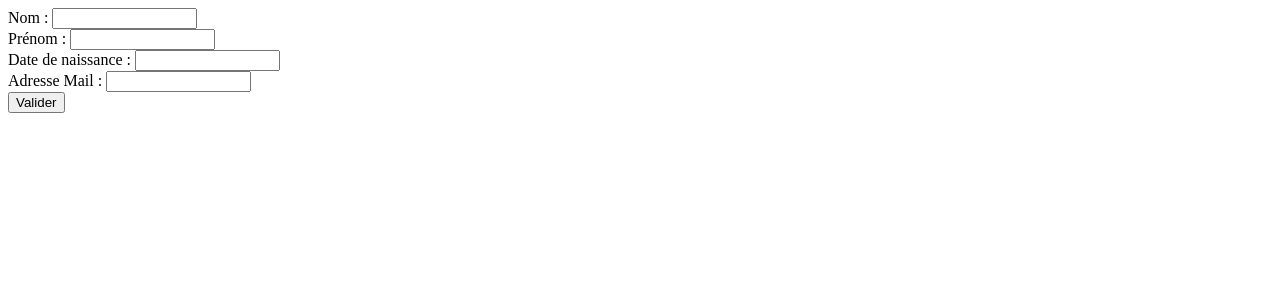
Repository: mikafouenski/JEE
Page: http://localhost/Myapp/edition.jsp
The author's editor kept a copy of each file at every save. The page is drawn from the files as they stood at one save, then again after the next save.
The browser window is 1280 px wide. The pictures show the whole page.
The page is served by Tomcat 9. Other server files are loaded and not shown.

Above is the page before, as saved 2017-10-11 13:15:27.

### Myapp/WebContent/edition.jsp
<%@ page language="java" contentType="text/html; charset=UTF-8"
    pageEncoding="UTF-8"%>
<html>
<head>
<meta http-equiv="Content-Type" content="text/html; charset=UTF-8">
<title>Insert title here</title>
</head>
<body>

<jsp:useBean id="personne" scope="session" class="Person.Person" >
</jsp:useBean>

<form action="Edition" method="POST">

  <label>Nom : </label>
    <input type="text" name="nom" size="15"/><br/>

  <label>Prénom : </label>
    <input type="text" name="prenom" size="15"/><br/>

   <label>Date de naissance : </label>
    <input type="text" name="date" size="15"/><br/>

  <label>Adresse Mail  : </label>
    <input type="text" name="mail" size="15"/><br/>


  <input type="submit" name="boutonOK" value="Valider"/>

</form>
</body>
</html>

### Myapp/src/Person/Person.java
package Person;
import java.util.Date;
public class Person {

	private int id = 1;
	private String nom = "defaultName";
	private String prenom = "defaultPrenom";
	private Date dateNaissance = new Date();
	private String adressMail = "DefaultAdresseMail";

	public Person(){}

	public int getId() {
		return id;
	}
	public void setId(int id) {
		this.id = id;
	}
	public String getNom() {
		return nom;
	}
	public void setNom(String nom) {
		this.nom = nom;
	}
	public String getPrenom() {
		return prenom;
	}
	public void setPrenom(String prenom) {
		this.prenom = prenom;
	}
	public Date getDateNaissance() {
		return dateNaissance;
	}
	public void setDateNaissance(Date dateNaissance) {
		this.dateNaissance = dateNaissance;
	}
	public String getAdressMail() {
		return adressMail;
	}
	public void setAdressMail(String adressMail) {
		this.adressMail = adressMail;
	}


}

After the next save:
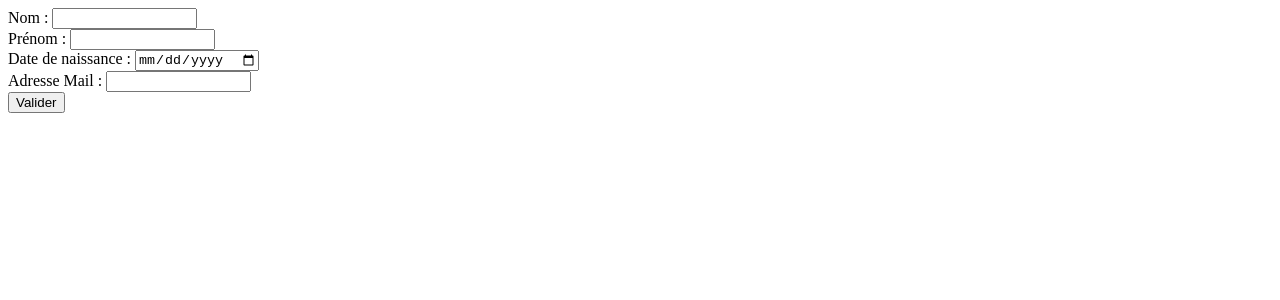
Saved 86 s later.
--- a/Myapp/WebContent/edition.jsp
+++ b/Myapp/WebContent/edition.jsp
@@ -19,7 +19,7 @@
     <input type="text" name="prenom" size="15"/><br/>
 
    <label>Date de naissance : </label>
-    <input type="text" name="date" size="15"/><br/>
+    <input type="date" name="date" size="15"/><br/>
 
   <label>Adresse Mail  : </label>
     <input type="text" name="mail" size="15"/><br/>
